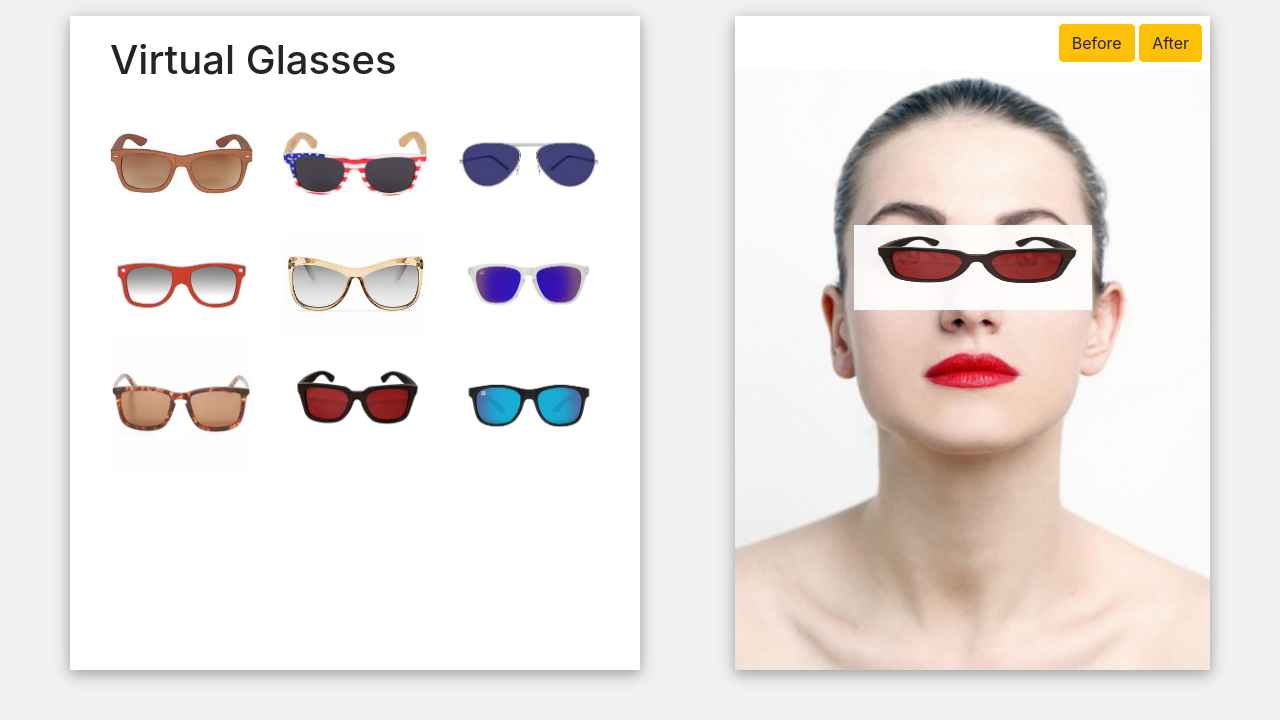
Repository: Khoi300399/BC35E_ES6_B2_MaThanhKhoi
Page: index.html
The author's editor kept a copy of each file at every save. The page is drawn from the files as they stood at one save, then again after the next save.
The browser window is 1280 px wide. The pictures show the whole page.

Above is the page before, as saved 2022-10-21 18:23:55.

After the next save:
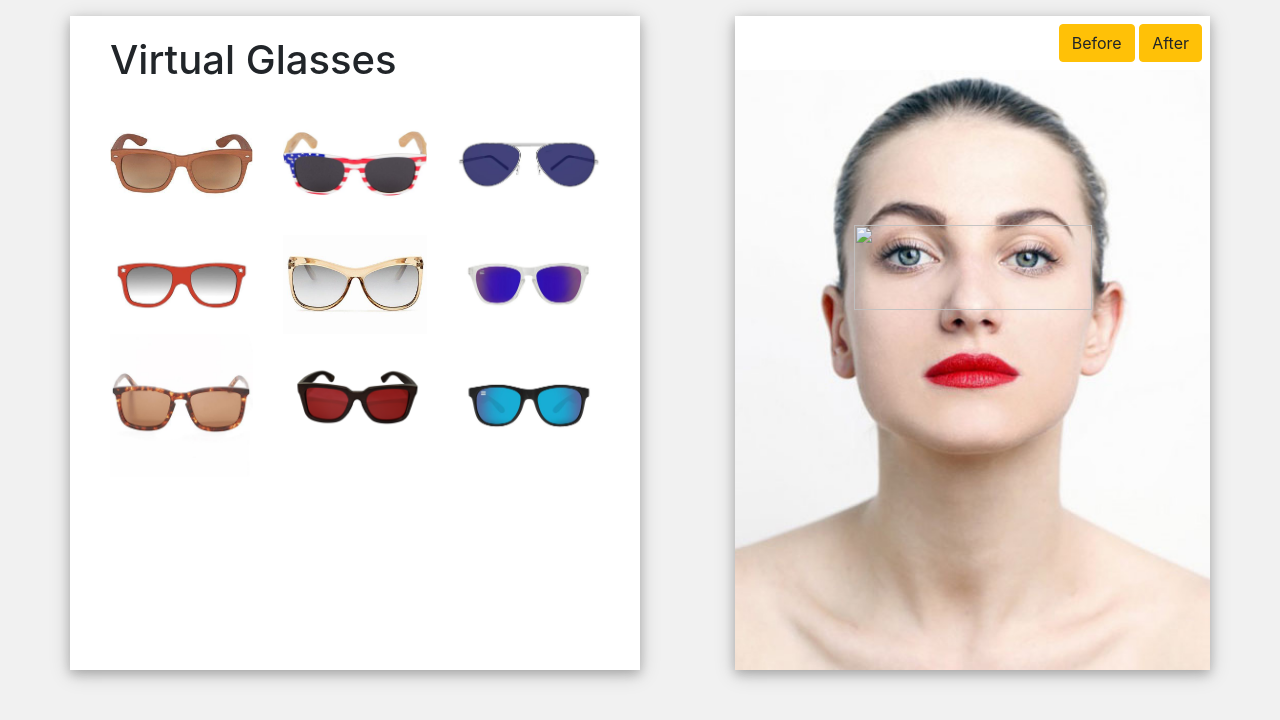
Not found: img/v1.jpg
Saved 23 s later.
--- a/index.html
+++ b/index.html
@@ -43,7 +43,7 @@
               </button>
             </div>
             <div class="vglasses__model" id="avatar">
-              <img src="./img/g8.jpg" alt="" />
+              <img src="./img/v1.jpg" alt="" />
             </div>
             <div id="glassesInfo" class="vglasses__info"></div>
           </div>

After the 2 saves that followed:
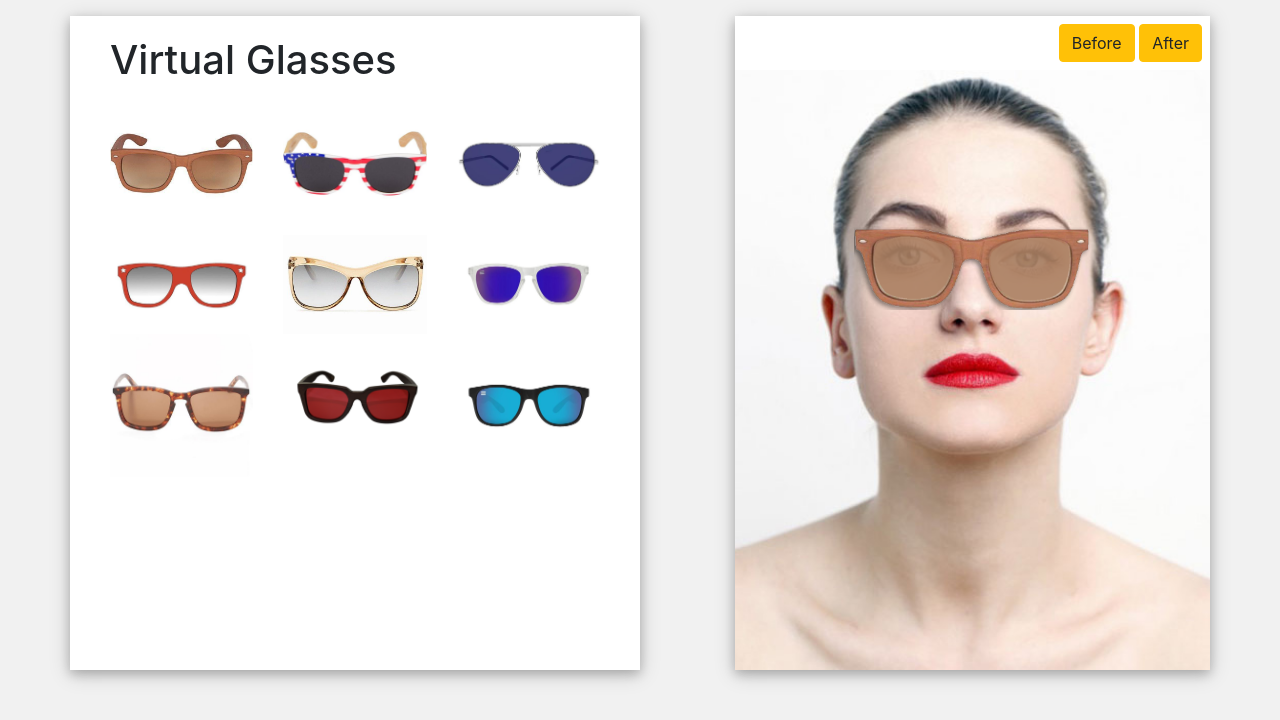
The 2 saves are shown as one change because 1 left the picture as it was.
The last was saved 27 s later.
--- a/index.html
+++ b/index.html
@@ -43,7 +43,7 @@
               </button>
             </div>
             <div class="vglasses__model" id="avatar">
-              <img src="./img/v1.jpg" alt="" />
+              <img src="./img/v1.png" alt="" />
             </div>
             <div id="glassesInfo" class="vglasses__info"></div>
           </div>
